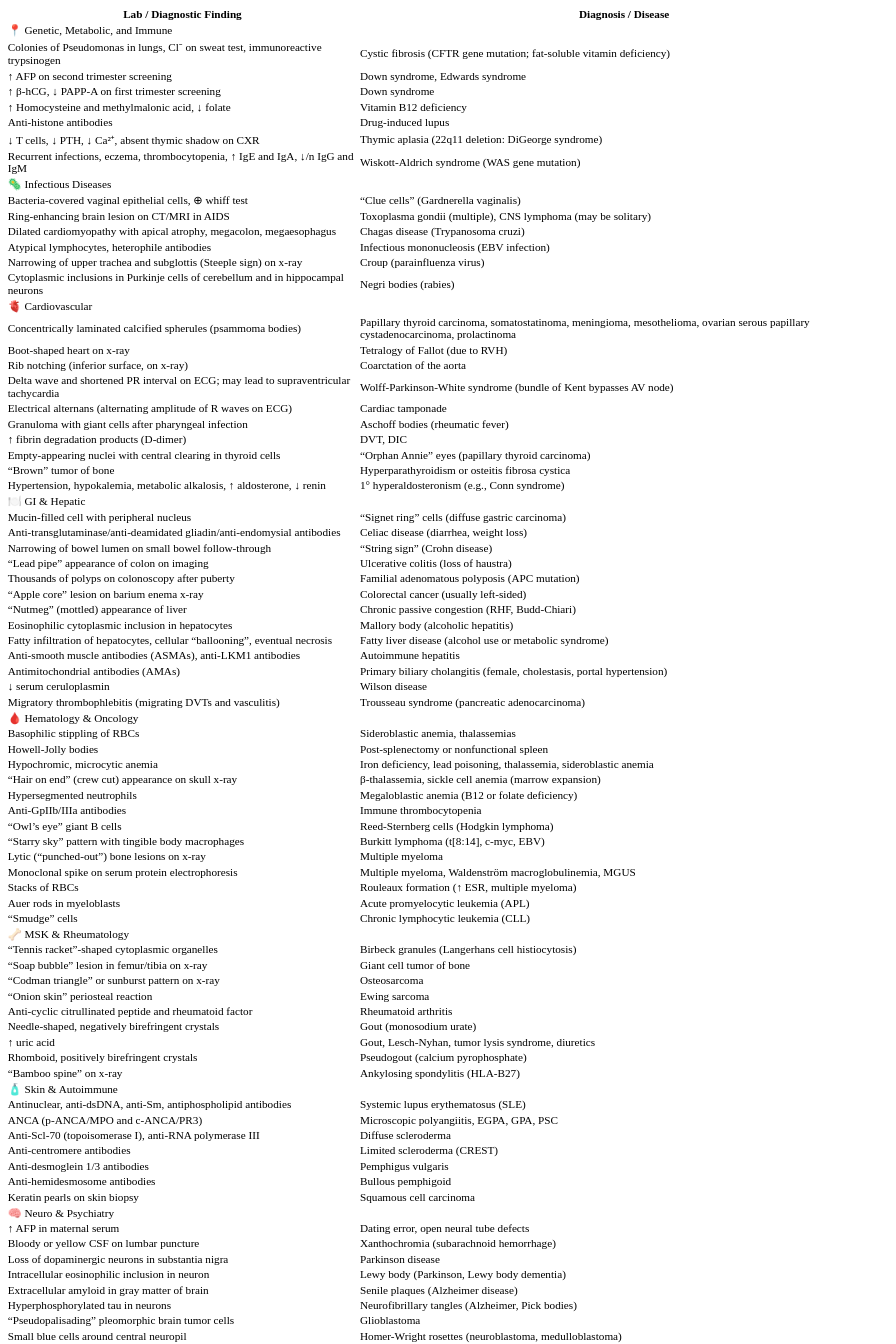
Repository: sharperdragon/STEVEL-1-Summaries
Page: subdex/rapid_findings.table.html
These files come from the project's save history. The page is drawn as it stood at one moment and after the next save; the edit follows.
The browser window is 1280 px wide. The pictures show the part of the page from y = 0 to 1920 px (the page is 2632 px tall before and 2650 px after), at 70% of full size.

Above is the page before, as saved 2025-05-21 08:22:19.

### subdex/rapid_findings.table.html
<div class="responsive-container">
  <table class="table3" id="rr-associations">
    <thead>
      <tr>
        <th>Lab / Diagnostic Finding</th>
        <th>Diagnosis / Disease</th>
      </tr>
    </thead>
    <tbody>
      <tr class="row-divider"><td colspan="2">📍 Genetic, Metabolic, and Immune</td></tr>
      <tr>
        <td>Colonies of Pseudomonas in lungs, Cl⁻ on sweat test, immunoreactive trypsinogen</td>
        <td>Cystic fibrosis (CFTR gene mutation; fat-soluble vitamin deficiency)</td>
      </tr>
      <tr>
        <td>↑ AFP on second trimester screening</td>
        <td>Down syndrome, Edwards syndrome</td>
      </tr>
      <tr>
        <td>↑ β-hCG, ↓ PAPP-A on first trimester screening</td>
        <td>Down syndrome</td>
      </tr>
      <tr>
        <td>↑ Homocysteine and methylmalonic acid, ↓ folate</td>
        <td>Vitamin B12 deficiency</td>
      </tr>
      <tr>
        <td>Anti-histone antibodies</td>
        <td>Drug-induced lupus</td>
      </tr>
      <tr>
        <td>↓ T cells, ↓ PTH, ↓ Ca²⁺, absent thymic shadow on CXR</td>
        <td>Thymic aplasia (22q11 deletion: DiGeorge syndrome)</td>
      </tr>
      <tr>
        <td>Recurrent infections, eczema, thrombocytopenia, ↑ IgE and IgA, ↓/n IgG and IgM</td>
        <td>Wiskott-Aldrich syndrome (WAS gene mutation)</td>
      </tr>
      <tr class="row-divider"><td colspan="2">🦠 Infectious Diseases</td></tr>
      <tr>
        <td>Bacteria-covered vaginal epithelial cells, ⊕ whiff test</td>
        <td>“Clue cells” (Gardnerella vaginalis)</td>
      </tr>
      <tr>
        <td>Ring-enhancing brain lesion on CT/MRI in AIDS</td>
        <td>Toxoplasma gondii (multiple), CNS lymphoma (may be solitary)</td>
      </tr>
      <tr>
        <td>Dilated cardiomyopathy with apical atrophy, megacolon, megaesophagus</td>
        <td>Chagas disease (Trypanosoma cruzi)</td>
      </tr>
      <tr>
        <td>Atypical lymphocytes, heterophile antibodies</td>
        <td>Infectious mononucleosis (EBV infection)</td>
      </tr>
      <tr>
        <td>Narrowing of upper trachea and subglottis (Steeple sign) on x-ray</td>
        <td>Croup (parainfluenza virus)</td>
      </tr>
      <tr>
        <td>Cytoplasmic inclusions in Purkinje cells of cerebellum and in hippocampal neurons</td>
        <td>Negri bodies (rabies)</td>
      </tr>
      <tr class="row-divider"><td colspan="2">🫀 Cardiovascular</td></tr>
      <tr>
        <td>Concentrically laminated calcified spherules (psammoma bodies)</td>
        <td>Papillary thyroid carcinoma, somatostatinoma, meningioma, mesothelioma, ovarian serous papillary cystadenocarcinoma, prolactinoma</td>
      </tr>
      <tr>
        <td>Boot-shaped heart on x-ray</td>
        <td>Tetralogy of Fallot (due to RVH)</td>
      </tr>
      <tr>
        <td>Rib notching (inferior surface, on x-ray)</td>
        <td>Coarctation of the aorta</td>
      </tr>
      <tr>
        <td>Delta wave and shortened PR interval on ECG; may lead to supraventricular tachycardia</td>
        <td>Wolff-Parkinson-White syndrome (bundle of Kent bypasses AV node)</td>
      </tr>
      <tr>
        <td>Electrical alternans (alternating amplitude of R waves on ECG)</td>
        <td>Cardiac tamponade</td>
      </tr>
      <tr>
        <td>Granuloma with giant cells after pharyngeal infection</td>
        <td>Aschoff bodies (rheumatic fever)</td>
      </tr>
      <tr>
        <td>↑ fibrin degradation products (D-dimer)</td>
        <td>DVT, DIC</td>
      </tr>
      <tr>
        <td>Empty-appearing nuclei with central clearing in thyroid cells</td>
        <td>“Orphan Annie” eyes (papillary thyroid carcinoma)</td>
      </tr>
      <tr>
        <td>“Brown” tumor of bone</td>
        <td>Hyperparathyroidism or osteitis fibrosa cystica</td>
      </tr>
      <tr>
        <td>Hypertension, hypokalemia, metabolic alkalosis, ↑ aldosterone, ↓ renin</td>
        <td>1° hyperaldosteronism (e.g., Conn syndrome)</td>
      </tr>
      <tr class="row-divider"><td colspan="2">🍽️ GI & Hepatic</td></tr>
      <tr>
        <td>Mucin-filled cell with peripheral nucleus</td>
        <td>“Signet ring” cells (diffuse gastric carcinoma)</td>
      </tr>
      <tr>
        <td>Anti-transglutaminase/anti-deamidated gliadin/anti-endomysial antibodies</td>
        <td>Celiac disease (diarrhea, weight loss)</td>
      </tr>
      <tr>
        <td>Narrowing of bowel lumen on small bowel follow-through</td>
        <td>“String sign” (Crohn disease)</td>
      </tr>
      <tr>
        <td>“Lead pipe” appearance of colon on imaging</td>
        <td>Ulcerative colitis (loss of haustra)</td>
      </tr>
      <tr>
        <td>Thousands of polyps on colonoscopy after puberty</td>
        <td>Familial adenomatous polyposis (APC mutation)</td>
      </tr>
      <tr>
        <td>“Apple core” lesion on barium enema x-ray</td>
        <td>Colorectal cancer (usually left-sided)</td>
      </tr>
      <tr>
        <td>“Nutmeg” (mottled) appearance of liver</td>
        <td>Chronic passive congestion (RHF, Budd-Chiari)</td>
      </tr>
      <tr>
        <td>Eosinophilic cytoplasmic inclusion in hepatocytes</td>
        <td>Mallory body (alcoholic hepatitis)</td>
      </tr>
      <tr>
        <td>Fatty infiltration of hepatocytes, cellular “ballooning”, eventual necrosis</td>
        <td>Fatty liver disease (alcohol use or metabolic syndrome)</td>
      </tr>
      <tr>
        <td>Anti-smooth muscle antibodies (ASMAs), anti-LKM1 antibodies</td>
        <td>Autoimmune hepatitis</td>
      </tr>
      <tr>
        <td>Antimitochondrial antibodies (AMAs)</td>
        <td>Primary biliary cholangitis (female, cholestasis, portal hypertension)</td>
      </tr>
      <tr>
        <td>↓ serum ceruloplasmin</td>
        <td>Wilson disease</td>
      </tr>
      <tr>
        <td>Migratory thrombophlebitis (migrating DVTs and vasculitis)</td>
        <td>Trousseau syndrome (pancreatic adenocarcinoma)</td>
      </tr>
      <tr class="row-divider"><td colspan="2">🩸 Hematology & Oncology</td></tr>
      <tr>
        <td>Basophilic stippling of RBCs</td>
        <td>Sideroblastic anemia, thalassemias</td>
      </tr>
      <tr>
        <td>Howell-Jolly bodies</td>
        <td>Post-splenectomy or nonfunctional spleen</td>
      </tr>
      <tr>
        <td>Hypochromic, microcytic anemia</td>
        <td>Iron deficiency, lead poisoning, thalassemia, sideroblastic anemia</td>
      </tr>
      <tr>
        <td>“Hair on end” (crew cut) appearance on skull x-ray</td>
        <td>β-thalassemia, sickle cell anemia (marrow expansion)</td>
      </tr>
      <tr>
        <td>Hypersegmented neutrophils</td>
        <td>Megaloblastic anemia (B12 or folate deficiency)</td>
      </tr>
      <tr>
        <td>Anti-GpIIb/IIIa antibodies</td>
        <td>Immune thrombocytopenia</td>
      </tr>
      <tr>
        <td>“Owl’s eye” giant B cells</td>
        <td>Reed-Sternberg cells (Hodgkin lymphoma)</td>
      </tr>
      <tr>
        <td>“Starry sky” pattern with tingible body macrophages</td>
        <td>Burkitt lymphoma (t[8:14], c-myc, EBV)</td>
      </tr>
      <tr>
        <td>Lytic (“punched-out”) bone lesions on x-ray</td>
        <td>Multiple myeloma</td>
      </tr>
      <tr>
        <td>Monoclonal spike on serum protein electrophoresis</td>
        <td>Multiple myeloma, Waldenström macroglobulinemia, MGUS</td>
      </tr>
      <tr>
        <td>Stacks of RBCs</td>
        <td>Rouleaux formation (↑ ESR, multiple myeloma)</td>
      </tr>
      <tr>
        <td>Auer rods in myeloblasts</td>
        <td>Acute promyelocytic leukemia (APL)</td>
      </tr>
      <tr>
        <td>“Smudge” cells</td>
        <td>Chronic lymphocytic leukemia (CLL)</td>
      </tr>
      <tr class="row-divider"><td colspan="2">🦴 MSK & Rheumatology</td></tr>
      <tr>
        <td>“Tennis racket”-shaped cytoplasmic organelles</td>
        <td>Birbeck granules (Langerhans cell histiocytosis)</td>
      </tr>
      <tr>
        <td>“Soap bubble” lesion in femur/tibia on x-ray</td>
        <td>Giant cell tumor of bone</td>
      </tr>
      <tr>
        <td>“Codman triangle” or sunburst pattern on x-ray</td>
        <td>Osteosarcoma</td>
      </tr>
      <tr>
        <td>“Onion skin” periosteal reaction</td>
        <td>Ewing sarcoma</td>
      </tr>
      <tr>
        <td>Anti-cyclic citrullinated peptide and rheumatoid factor</td>
        <td>Rheumatoid arthritis</td>
      </tr>
      <tr>
        <td>Needle-shaped, negatively birefringent crystals</td>
        <td>Gout (monosodium urate)</td>
      </tr>
      <tr>
        <td>↑ uric acid</td>
        <td>Gout, Lesch-Nyhan, tumor lysis syndrome, diuretics</td>
      </tr>
      <tr>
        <td>Rhomboid, positively birefringent crystals</td>
        <td>Pseudogout (calcium pyrophosphate)</td>
      </tr>
      <tr>
        <td>“Bamboo spine” on x-ray</td>
        <td>Ankylosing spondylitis (HLA-B27)</td>
      </tr>
      <tr class="row-divider"><td colspan="2">🧴 Skin & Autoimmune</td></tr>
      <tr>
        <td>Antinuclear, anti-dsDNA, anti-Sm, antiphospholipid antibodies</td>
        <td>Systemic lupus erythematosus (SLE)</td>
      </tr>
      <tr>
        <td>ANCA (p-ANCA/MPO and c-ANCA/PR3)</td>
        <td>Microscopic polyangiitis, EGPA, GPA, PSC</td>
      </tr>
      <tr>
        <td>Anti-Scl-70 (topoisomerase I), anti-RNA polymerase III</td>
        <td>Diffuse scleroderma</td>
      </tr>
      <tr>
        <td>Anti-centromere antibodies</td>
        <td>Limited scleroderma (CREST)</td>
      </tr>
      <tr>
        <td>Anti-desmoglein 1/3 antibodies</td>
        <td>Pemphigus vulgaris</td>
      </tr>
      <tr>
        <td>Anti-hemidesmosome antibodies</td>
        <td>Bullous pemphigoid</td>
      </tr>
      <tr>
        <td>Keratin pearls on skin biopsy</td>
        <td>Squamous cell carcinoma</td>
      </tr>
      <tr class="row-divider"><td colspan="2">🧠 Neuro & Psychiatry</td></tr>
      <tr>
        <td>↑ AFP in maternal serum</td>
        <td>Dating error, open neural tube defects</td>
      </tr>
      <tr>
        <td>Bloody or yellow CSF on lumbar puncture</td>
        <td>Xanthochromia (subarachnoid hemorrhage)</td>
      </tr>
      <tr>
        <td>Loss of dopaminergic neurons in substantia nigra</td>
        <td>Parkinson disease</td>
      </tr>
      <tr>
        <td>Intracellular eosinophilic inclusion in neuron</td>
        <td>Lewy body (Parkinson, Lewy body dementia)</td>
      </tr>
      <tr>
        <td>Extracellular amyloid in gray matter of brain</td>
        <td>Senile plaques (Alzheimer disease)</td>
      </tr>
      <tr>
        <td>Hyperphosphorylated tau in neurons</td>
        <td>Neurofibrillary tangles (Alzheimer, Pick bodies)</td>
      </tr>
      <tr>
        <td>“Pseudopalisading” pleomorphic brain tumor cells</td>
        <td>Glioblastoma</td>
      </tr>
      <tr>
        <td>Small blue cells around central neuropil</td>
        <td>Homer-Wright rosettes (neuroblastoma, medulloblastoma)</td>
      </tr>
      <tr class="row-divider"><td colspan="2">🩺 Renal & GU</td></tr>
      <tr>
        <td>RBC casts in urine</td>
        <td>Glomerulonephritis, hypertensive emergency</td>
      </tr>
      <tr>
        <td>WBC casts in urine</td>
        <td>Acute pyelonephritis, transplant rejection</td>
      </tr>
      <tr>
        <td>Granular “muddy brown” casts in urine</td>
        <td>Acute tubular necrosis</td>
      </tr>
      <tr>
        <td>Waxy casts with low urine flow</td>
        <td>End-stage renal disease</td>
      </tr>
      <tr>
        <td>“Lumpy-bumpy” glomeruli on IF</td>
        <td>Infection-related glomerulonephritis (IgG, IgM, C3)</td>
      </tr>
      <tr>
        <td>Linear IgG deposits on glomerular/alveolar BM</td>
        <td>Goodpasture syndrome</td>
      </tr>
      <tr>
        <td>Necrotizing vasculitis (lungs) + glomerulonephritis</td>
        <td>GPA (c-ANCA), Goodpasture syndrome</td>
      </tr>
      <tr>
        <td>Cellular crescents in Bowman's space</td>
        <td>Rapidly progressive glomerulonephritis</td>
      </tr>
      <tr>
        <td>“Wire loop” glomerular capillaries on LM</td>
        <td>Diffuse proliferative glomerulonephritis (SLE)</td>
      </tr>
      <tr>
        <td>“Tram-track” appearance of capillary loops</td>
        <td>Membranoproliferative glomerulonephritis</td>
      </tr>
      <tr>
        <td>Effacement of podocyte foot processes on EM</td>
        <td>Minimal change disease, FSGS (more common in Black patients)</td>
      </tr>
      <tr>
        <td>“Spike and dome” subepithelial deposits</td>
        <td>Membranous nephropathy</td>
      </tr>
      <tr>
        <td>Eosinophilic nodular glomerulosclerosis</td>
        <td>Kimmelstiel-Wilson lesions (diabetic nephropathy)</td>
      </tr>
      <tr>
        <td>Thyroid-like appearance of kidney</td>
        <td>Chronic pyelonephritis</td>
      </tr>
      <tr class="row-divider"><td colspan="2">👶 Repro & Endocrine</td></tr>
      <tr>
        <td>↑ hCG</td>
        <td>Multifetal gestation, molar pregnancy, choriocarcinoma, dysgerminoma, Down syndrome</td>
      </tr>
      <tr>
        <td>Koilocytes (raisinoid nuclei, perinuclear halo)</td>
        <td>HPV infection (risk for cervical cancer)</td>
      </tr>
      <tr>
        <td>“Fried egg” cells, ↑ hCG, ↑ LDH</td>
        <td>Dysgerminoma</td>
      </tr>
      <tr>
        <td>Schiller-Duval bodies, ↑ AFP</td>
        <td>Yolk sac tumor</td>
      </tr>
      <tr>
        <td>Call-Exner bodies (granulosa cells around eosinophilic fluid)</td>
        <td>Granulosa cell tumor (ovary)</td>
      </tr>
      <tr>
        <td>“Chocolate cyst” in ovary</td>
        <td>Endometriosis</td>
      </tr>
      <tr>
        <td>“Blue domed” breast cysts</td>
        <td>Fibrocystic change</td>
      </tr>
      <tr>
        <td>Reinke crystals (eosinophilic inclusions in Leydig cells)</td>
        <td>Leydig cell tumor</td>
      </tr>
      <tr>
        <td>Lines of Zahn (thrombus with alternating layers)</td>
        <td>Arterial thrombus (pre-mortem)</td>
      </tr>
      <tr class="row-divider"><td colspan="2">🌬️ Pulmonary</td></tr>
      <tr>
        <td>Charcot-Leyden crystals (eosinophilic, hexagonal)</td>
        <td>Asthma</td>
      </tr>
      <tr>
        <td>Curschmann spirals (whorled mucus plugs)</td>
        <td>Asthma</td>
      </tr>
      <tr>
        <td>“Honeycomb” lung appearance on CT/CXR</td>
        <td>Idiopathic pulmonary fibrosis</td>
      </tr>
      <tr>
        <td>Golden-brown fusiform rods (dumbbell-shaped) in alveoli (Prussian blue stain)</td>
        <td>Asbestos (ferruginous) bodies</td>
      </tr>
      <tr>
        <td>Apical lung mass with Horner syndrome</td>
        <td>Pancoast tumor (superior sulcus tumor)</td>
      </tr>
  </table>
</div>

After the next save:
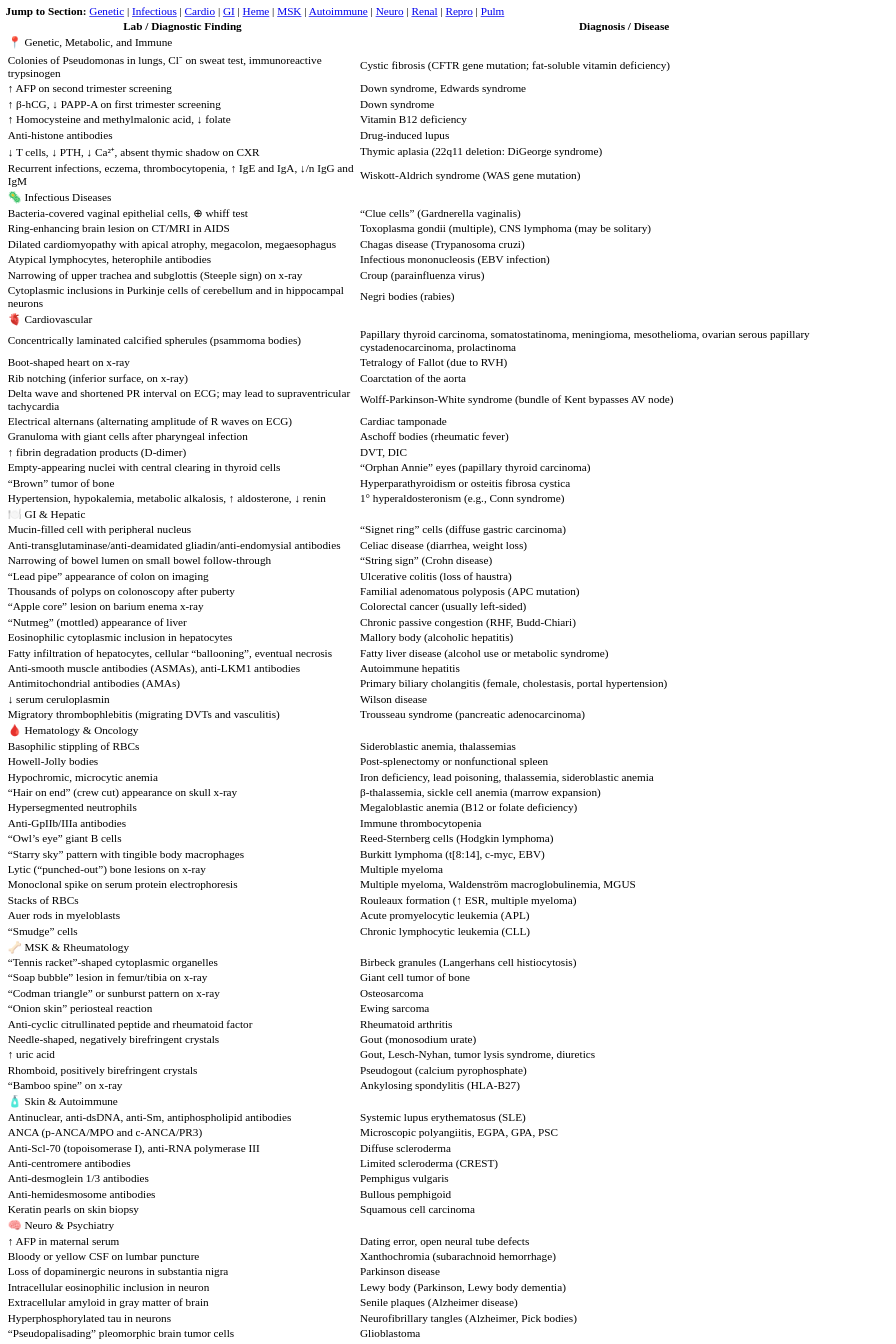
Saved 69 s later.
--- a/subdex/rapid_findings.table.html
+++ b/subdex/rapid_findings.table.html
@@ -1,3 +1,17 @@
+<div class="section-nav">
+  <strong>Jump to Section:</strong>
+  <a href="#section-genetic">Genetic</a> |
+  <a href="#section-infectious">Infectious</a> |
+  <a href="#section-cardio">Cardio</a> |
+  <a href="#section-gi">GI</a> |
+  <a href="#section-heme">Heme</a> |
+  <a href="#section-msk">MSK</a> |
+  <a href="#section-autoimmune">Autoimmune</a> |
+  <a href="#section-neuro">Neuro</a> |
+  <a href="#section-renal">Renal</a> |
+  <a href="#section-repro">Repro</a> |
+  <a href="#section-pulm">Pulm</a>
+</div>
 <div class="responsive-container">
   <table class="table3" id="rr-associations">
     <thead>
@@ -7,7 +21,7 @@
       </tr>
     </thead>
     <tbody>
-      <tr class="row-divider"><td colspan="2">📍 Genetic, Metabolic, and Immune</td></tr>
+      <tr class="row-divider" id="section-genetic"><td colspan="2">📍 Genetic, Metabolic, and Immune</td></tr>
       <tr>
         <td>Colonies of Pseudomonas in lungs, Cl⁻ on sweat test, immunoreactive trypsinogen</td>
         <td>Cystic fibrosis (CFTR gene mutation; fat-soluble vitamin deficiency)</td>
@@ -36,7 +50,7 @@
         <td>Recurrent infections, eczema, thrombocytopenia, ↑ IgE and IgA, ↓/n IgG and IgM</td>
         <td>Wiskott-Aldrich syndrome (WAS gene mutation)</td>
       </tr>
-      <tr class="row-divider"><td colspan="2">🦠 Infectious Diseases</td></tr>
+      <tr class="row-divider" id="section-infectious"><td colspan="2">🦠 Infectious Diseases</td></tr>
       <tr>
         <td>Bacteria-covered vaginal epithelial cells, ⊕ whiff test</td>
         <td>“Clue cells” (Gardnerella vaginalis)</td>
@@ -61,7 +75,7 @@
         <td>Cytoplasmic inclusions in Purkinje cells of cerebellum and in hippocampal neurons</td>
         <td>Negri bodies (rabies)</td>
       </tr>
-      <tr class="row-divider"><td colspan="2">🫀 Cardiovascular</td></tr>
+      <tr class="row-divider" id="section-cardio"><td colspan="2">🫀 Cardiovascular</td></tr>
       <tr>
         <td>Concentrically laminated calcified spherules (psammoma bodies)</td>
         <td>Papillary thyroid carcinoma, somatostatinoma, meningioma, mesothelioma, ovarian serous papillary cystadenocarcinoma, prolactinoma</td>
@@ -102,7 +116,7 @@
         <td>Hypertension, hypokalemia, metabolic alkalosis, ↑ aldosterone, ↓ renin</td>
         <td>1° hyperaldosteronism (e.g., Conn syndrome)</td>
       </tr>
-      <tr class="row-divider"><td colspan="2">🍽️ GI & Hepatic</td></tr>
+      <tr class="row-divider" id="section-gi"><td colspan="2">🍽️ GI & Hepatic</td></tr>
       <tr>
         <td>Mucin-filled cell with peripheral nucleus</td>
         <td>“Signet ring” cells (diffuse gastric carcinoma)</td>
@@ -155,7 +169,7 @@
         <td>Migratory thrombophlebitis (migrating DVTs and vasculitis)</td>
         <td>Trousseau syndrome (pancreatic adenocarcinoma)</td>
       </tr>
-      <tr class="row-divider"><td colspan="2">🩸 Hematology & Oncology</td></tr>
+      <tr class="row-divider" id="section-heme"><td colspan="2">🩸 Hematology & Oncology</td></tr>
       <tr>
         <td>Basophilic stippling of RBCs</td>
         <td>Sideroblastic anemia, thalassemias</td>
@@ -208,7 +222,7 @@
         <td>“Smudge” cells</td>
         <td>Chronic lymphocytic leukemia (CLL)</td>
       </tr>
-      <tr class="row-divider"><td colspan="2">🦴 MSK & Rheumatology</td></tr>
+      <tr class="row-divider" id="section-msk"><td colspan="2">🦴 MSK & Rheumatology</td></tr>
       <tr>
         <td>“Tennis racket”-shaped cytoplasmic organelles</td>
         <td>Birbeck granules (Langerhans cell histiocytosis)</td>
@@ -245,7 +259,7 @@
         <td>“Bamboo spine” on x-ray</td>
         <td>Ankylosing spondylitis (HLA-B27)</td>
       </tr>
-      <tr class="row-divider"><td colspan="2">🧴 Skin & Autoimmune</td></tr>
+      <tr class="row-divider" id="section-autoimmune"><td colspan="2">🧴 Skin & Autoimmune</td></tr>
       <tr>
         <td>Antinuclear, anti-dsDNA, anti-Sm, antiphospholipid antibodies</td>
         <td>Systemic lupus erythematosus (SLE)</td>
@@ -274,7 +288,7 @@
         <td>Keratin pearls on skin biopsy</td>
         <td>Squamous cell carcinoma</td>
       </tr>
-      <tr class="row-divider"><td colspan="2">🧠 Neuro & Psychiatry</td></tr>
+      <tr class="row-divider" id="section-neuro"><td colspan="2">🧠 Neuro & Psychiatry</td></tr>
       <tr>
         <td>↑ AFP in maternal serum</td>
         <td>Dating error, open neural tube defects</td>
@@ -307,7 +321,7 @@
         <td>Small blue cells around central neuropil</td>
         <td>Homer-Wright rosettes (neuroblastoma, medulloblastoma)</td>
       </tr>
-      <tr class="row-divider"><td colspan="2">🩺 Renal & GU</td></tr>
+      <tr class="row-divider" id="section-renal"><td colspan="2">🩺 Renal & GU</td></tr>
       <tr>
         <td>RBC casts in urine</td>
         <td>Glomerulonephritis, hypertensive emergency</td>
@@ -364,7 +378,7 @@
         <td>Thyroid-like appearance of kidney</td>
         <td>Chronic pyelonephritis</td>
       </tr>
-      <tr class="row-divider"><td colspan="2">👶 Repro & Endocrine</td></tr>
+      <tr class="row-divider" id="section-repro"><td colspan="2">👶 Repro & Endocrine</td></tr>
       <tr>
         <td>↑ hCG</td>
         <td>Multifetal gestation, molar pregnancy, choriocarcinoma, dysgerminoma, Down syndrome</td>
@@ -401,7 +415,7 @@
         <td>Lines of Zahn (thrombus with alternating layers)</td>
         <td>Arterial thrombus (pre-mortem)</td>
       </tr>
-      <tr class="row-divider"><td colspan="2">🌬️ Pulmonary</td></tr>
+      <tr class="row-divider" id="section-pulm"><td colspan="2">🌬️ Pulmonary</td></tr>
       <tr>
         <td>Charcot-Leyden crystals (eosinophilic, hexagonal)</td>
         <td>Asthma</td>
